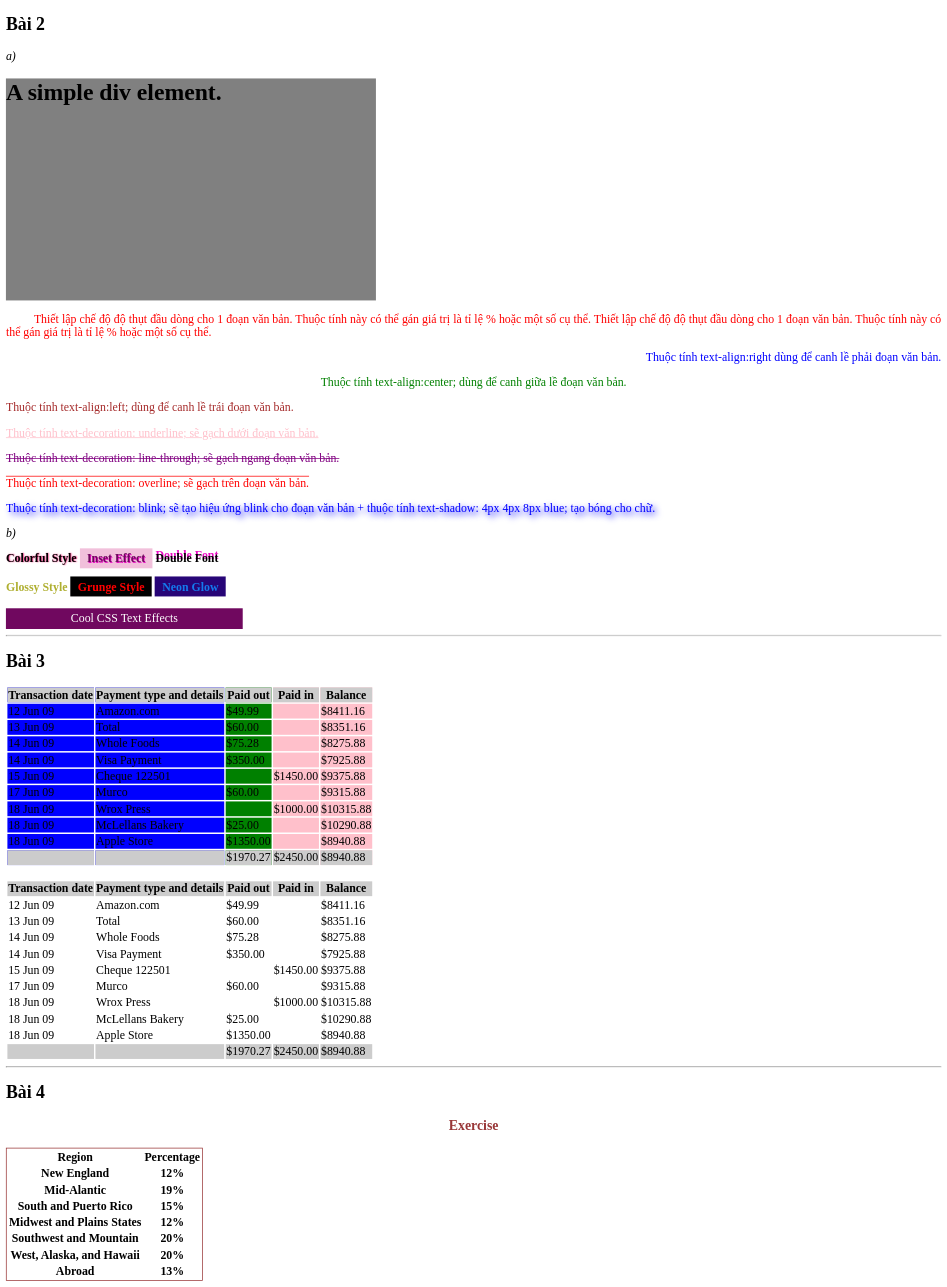
Repository: hoangnguyen1903/STT_21084321_NguyenHuyHoang_DHKHMT17B
Page: html/index.html
These files come from the project's save history. The page is drawn as it stood at one moment and after the next save; the edit follows.
The browser window is 1280 px wide. The pictures show the whole page, at 74% of full size.

Above is the page before, as saved 2023-03-02 14:22:15.

After the next save:
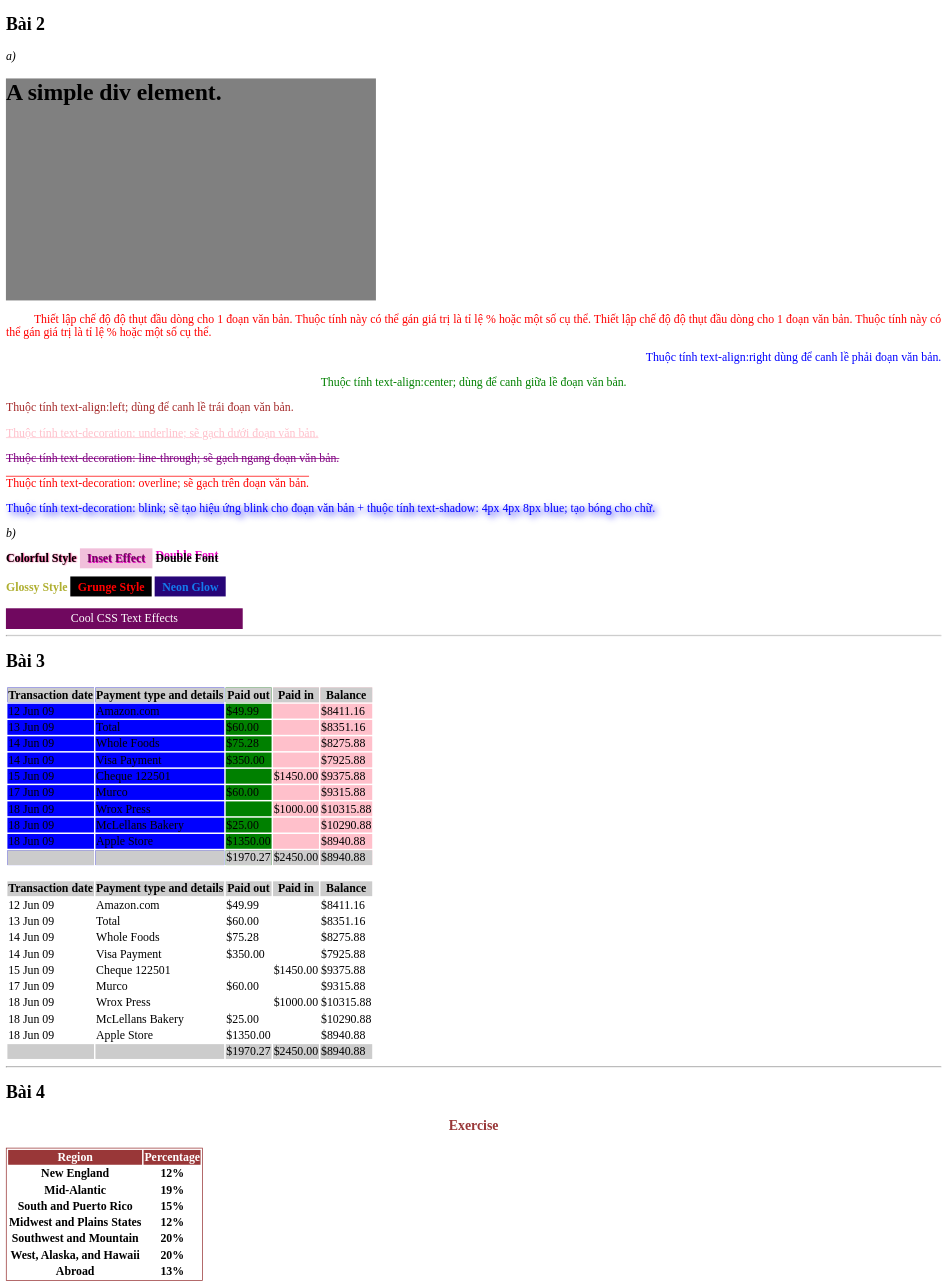
Saved 20 s later.
--- a/html/index.html
+++ b/html/index.html
@@ -20,7 +20,7 @@
         text-align: center;
       }
 
-      #bai4 > table > tr.heading {
+      #bai4 tr.heading {
         color: #fff;
         background-color: #993738;
       }

After the save that followed:
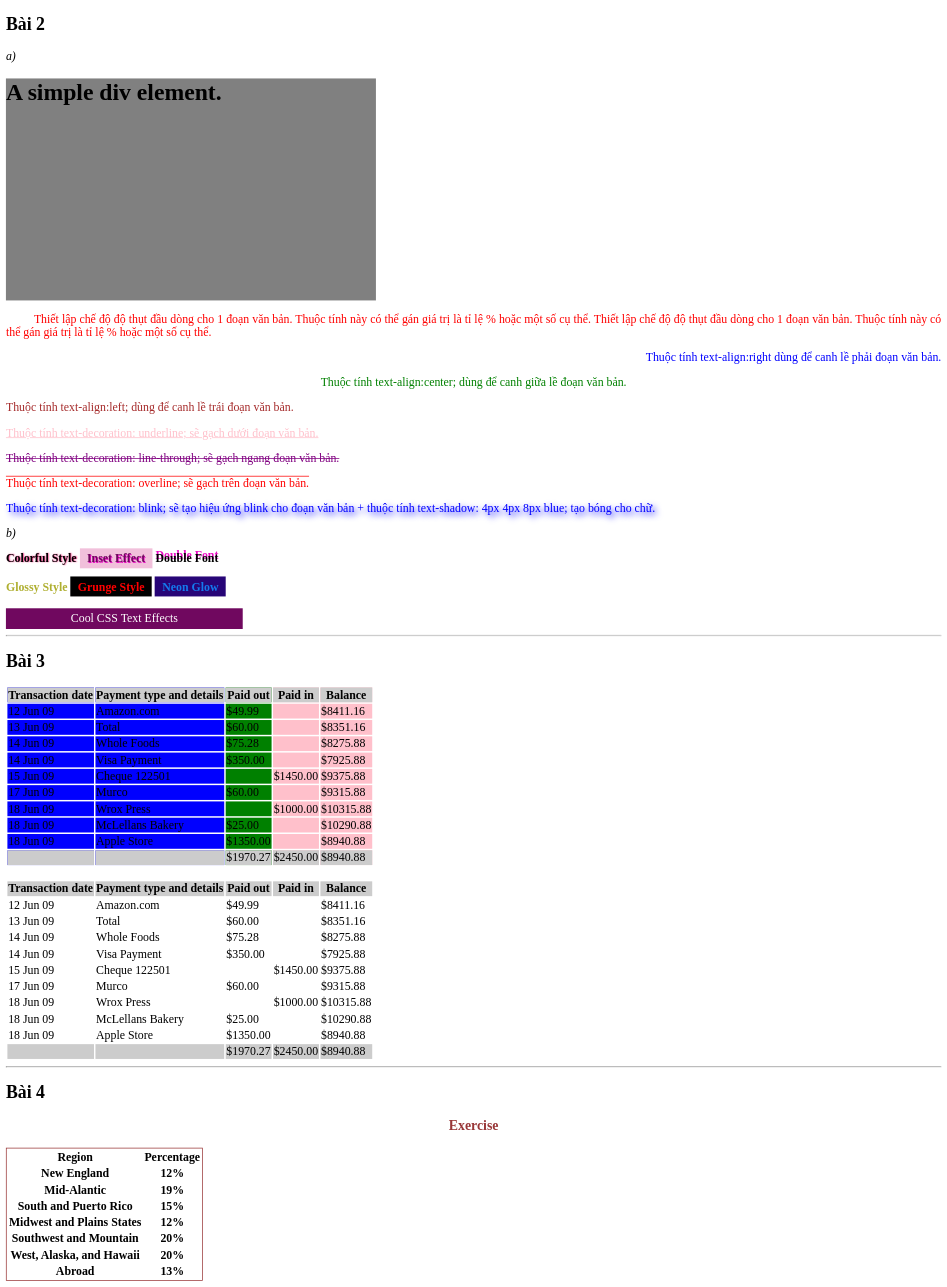
Saved 107 s later.
--- a/html/index.html
+++ b/html/index.html
@@ -20,7 +20,7 @@
         text-align: center;
       }
 
-      #bai4 tr.heading {
+      #bai4 > table > tr:first-child {
         color: #fff;
         background-color: #993738;
       }
@@ -311,7 +311,7 @@
     <div id="bai4">
       <h3>Exercise</h3>
       <table>
-        <tr class="heading">
+        <tr>
           <th span="8">Region</th>
           <th span="6">Percentage</th>
         </tr>
